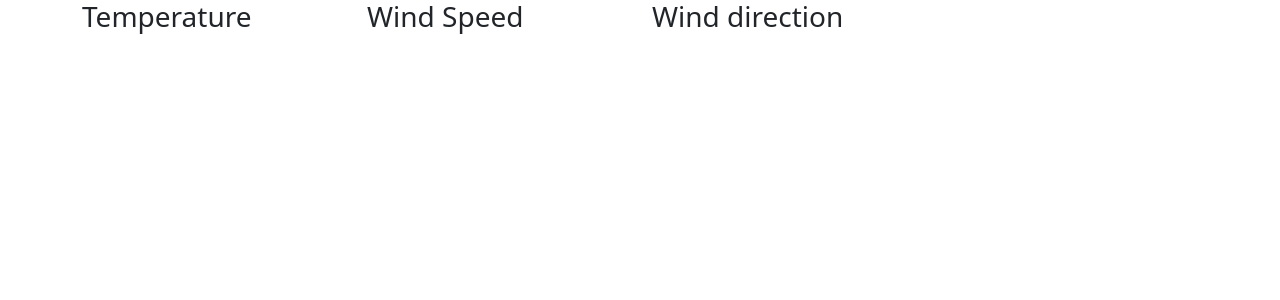
Repository: Saiyamjain-100/weather-app
Page: src/component/new.html
These files come from the project's save history. The page is drawn as it stood at one moment and after a run of saves; the edit follows.
The browser window is 1280 px wide. The pictures show the whole page.

Above is the page before, as saved 2022-05-18 14:15:48.

### src/component/new.html
<!DOCTYPE html>
<html lang="en">
<head>
    <meta charset="UTF-8">
    <meta http-equiv="X-UA-Compatible" content="IE=edge">
    <meta name="viewport" content="width=device-width, initial-scale=1.0">

    <link href="https://cdn.jsdelivr.net/npm/bootstrap@5.2.0-beta1/dist/css/bootstrap.min.css" rel="stylesheet" integrity="sha384-0evHe/X+R7YkIZDRvuzKMRqM+OrBnVFBL6DOitfPri4tjfHxaWutUpFmBp4vmVor" crossorigin="anonymous">
    <title>Document</title>
</head>
<body>
    <script src="https://cdn.jsdelivr.net/npm/bootstrap@5.2.0-beta1/dist/js/bootstrap.bundle.min.js" integrity="sha384-pprn3073KE6tl6bjs2QrFaJGz5/SUsLqktiwsUTF55Jfv3qYSDhgCecCxMW52nD2" crossorigin="anonymous"></script>

    <div class="container">
        <div class="row">
            <div class="col-md-3">
                <h3>Temperature</h3>
            </div>
            <div class="col-md-3">
                <h3>Wind Speed</h3>
            </div>
            <div class="col-md-3">
                <h3>Wind direction</h3>
            </div>
        </div>
    </div>
</body>
</html>

After the next 4 saves:
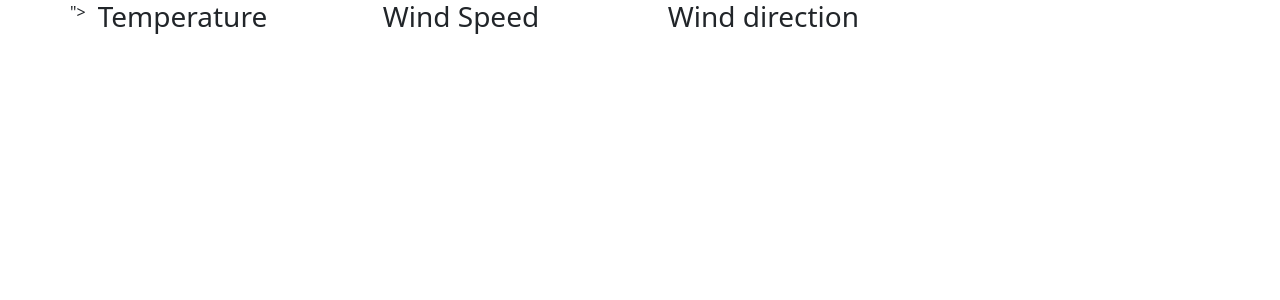
The 4 saves are shown as one change because they came seconds apart.
The last was saved 24 s later.
--- a/src/component/new.html
+++ b/src/component/new.html
@@ -12,7 +12,7 @@
     <script src="https://cdn.jsdelivr.net/npm/bootstrap@5.2.0-beta1/dist/js/bootstrap.bundle.min.js" integrity="sha384-pprn3073KE6tl6bjs2QrFaJGz5/SUsLqktiwsUTF55Jfv3qYSDhgCecCxMW52nD2" crossorigin="anonymous"></script>
 
     <div class="container">
-        <div class="row">
+        <div class="row <i class="fa fa-align-center" aria-hidden="true"></i>">
             <div class="col-md-3">
                 <h3>Temperature</h3>
             </div>

After the 2 saves that followed:
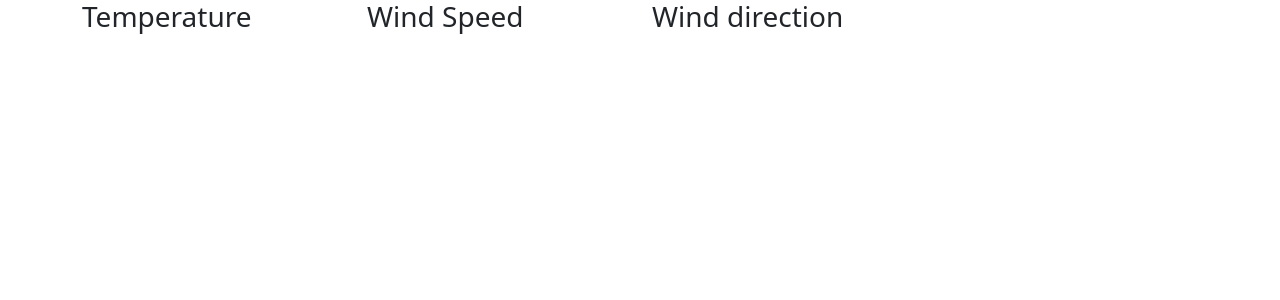
The 2 saves are shown as one change because they came seconds apart.
The last was saved 11 s later.
--- a/src/component/new.html
+++ b/src/component/new.html
@@ -12,7 +12,7 @@
     <script src="https://cdn.jsdelivr.net/npm/bootstrap@5.2.0-beta1/dist/js/bootstrap.bundle.min.js" integrity="sha384-pprn3073KE6tl6bjs2QrFaJGz5/SUsLqktiwsUTF55Jfv3qYSDhgCecCxMW52nD2" crossorigin="anonymous"></script>
 
     <div class="container">
-        <div class="row <i class="fa fa-align-center" aria-hidden="true"></i>">
+        <div class="row ">
             <div class="col-md-3">
                 <h3>Temperature</h3>
             </div>
